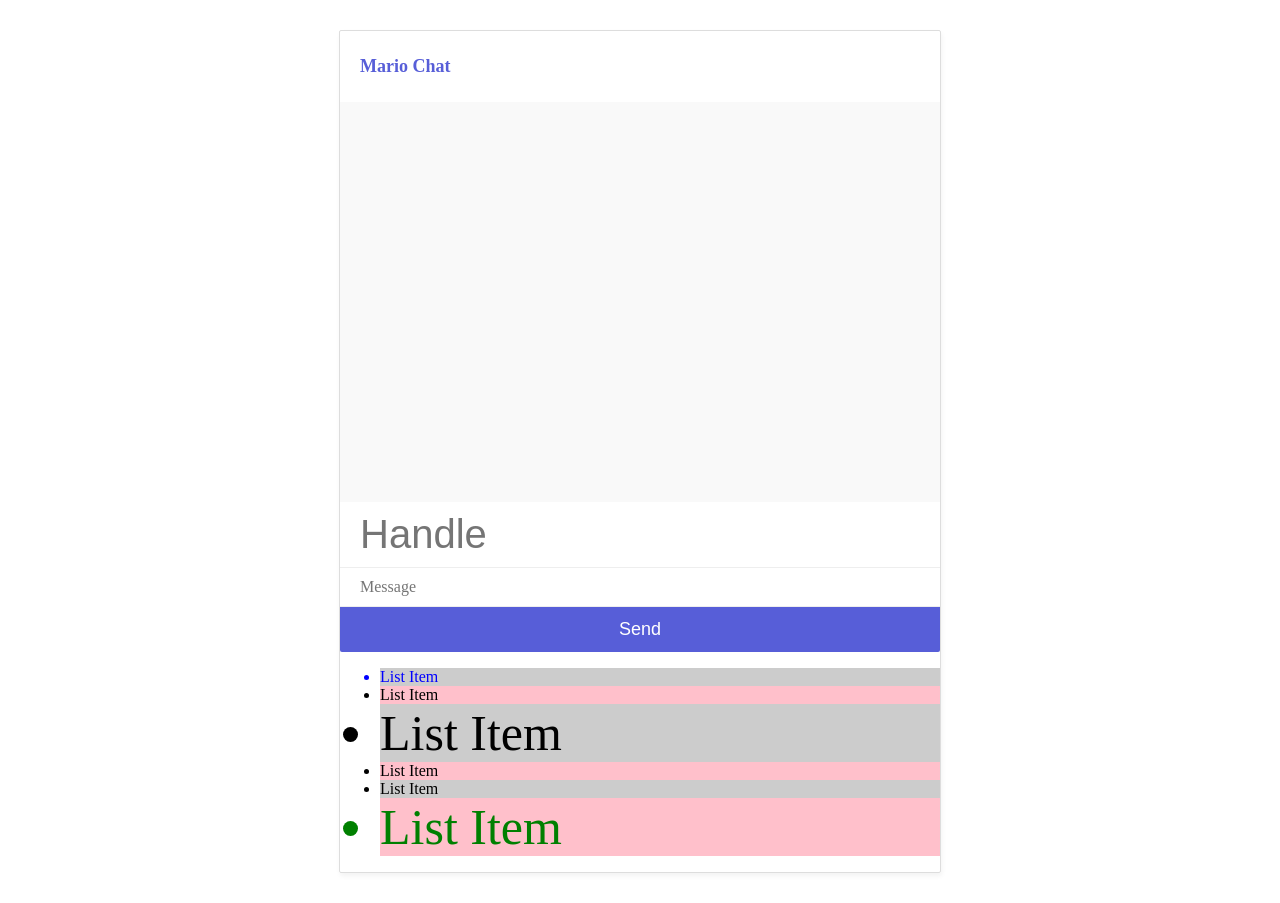
Repository: Promethees/websockets-playlist
Page: public/index.html
The author's editor kept a copy of each file at every save. The page is drawn from the files as they stood at one save, then again after the next save.
The browser window is 1280 px wide. The pictures show the whole page.
The page's requests for data from a server got no answer. Some web libraries are served in a nearby version.

Above is the page before, as saved 2020-09-03 09:22:05.

### public/index.html
<!DOCTYPE html>
<html>
    <head>
        <meta charset="utf-8">
        <title>WebScockets 101</title>
        <script src="https://cdnjs.cloudflare.com/ajax/libs/socket.io/2.3.0/socket.io.js"></script>
        <script src="https://code.jquery.com/jquery-3.5.1.min.js"></script>
        <link href="./style.css" rel="stylesheet" type = "text/css" />
    </head>
    <body>
        <div id="mario-chat">
            <h2>Mario Chat</h2>
            <div id="chat-window">
                <div id="output"></div>
                <div id="feedback"></div><!-- <display "typing .... message"> -->

            </div>
            <input id="handle" type="text" placeholder="Handle" />
            <input id="message" type="text" placeholder="Message" />
            <button id="send">Send</button>
            <ul id = "list">
                <li>List Item</li>
                <li>List Item</li>
                <li>List Item</li>
                <li>List Item</li>
                <li>List Item</li>
                <li>List Item</li>
            </ul>
        </div>
        <script>
            //$('h2').hide();
            //$('div').hide();
            //$('#message').css('color','blue');
            $('ul#list li:first').css('color','blue');
            $('ul#list li:last').css('color','green');
            $('ul#list li:odd').css('background-color','pink');
            $('ul#list li:even').css('background-color','#cccccc');
            $('ul#list li:nth-child(3n)').css('font-size','50px'); //For 3,6,9 list items
            $(':text#handle').css('font-size','40px');
            $(':text#handle').css('font-family','arial');

</script>
    </body>
    <script src="/chat.js"></script>
</html>

### public/style.css
body{
    font-family: 'Nunito';
}

h2{
    font-size: 18px;
    padding: 10px 20px;
    color: #575ed8;
}

#mario-chat{
    max-width: 600px;
    margin: 30px auto;
    border: 1px solid #ddd;
    box-shadow: 1px 3px 5px rgba(0,0,0,0.05);
    border-radius: 2px;
}

#chat-window{
    height: 400px;
    overflow: auto;
    background: #f9f9f9;
}

#output p{
    padding: 14px 0px;
    margin: 0 20px;
    border-bottom: 1px solid #e9e9e9;
    color: #555;
}

#feedback p{
    color: #aaa;
    padding: 14px 0px;
    margin: 0 20px;
}

#output strong{
    color: #575ed8;
}

label{
    box-sizing: border-box;
    display: block;
    padding: 10px 20px;
}

input{
    padding: 10px 20px;
    box-sizing: border-box;
    background: #eee;
    border: 0;
    display: block;
    width: 100%;
    background: #fff;
    border-bottom: 1px solid #eee;
    font-family: Nunito;
    font-size: 16px;
}

button{
    background: #575ed8;
    color: #fff;
    font-size: 18px;
    border: 0;
    padding: 12px 0;
    width: 100%;
    border-radius: 0 0 2px 2px;
}

### public/chat.js
// Make connection
//var socket = io.connect('http://localhost:4000');
//var socket = io.connect('https://chatboj.herokuapp.com/');
var socket = io.connect('/');

// Query DOM
var message = document.getElementById('message'),
      handle = document.getElementById('handle'),
      btn = document.getElementById('send'),
      output = document.getElementById('output');
    feedback = document.getElementById('feedback');

// Emit events (see the index.js to know how it handle)
btn.addEventListener('click', function(){
  socket.emit('chat', {
      message: message.value,
      handle: handle.value
  });
  message.value = "";
});

message.addEventListener('keypress',function() {
    socket.emit('typing',handle.value);
});

// Listen for events (retrieve event from the server)
socket.on('chat', function(data){
    feedback.innerHTML = ""; //Clear the typing queue while have submitted the message
    //Modify the message in HTMLs
    output.innerHTML += '<p><strong>' + data.handle + ': </strong>' + data.message + '</p>';
});

socket.on('typing',function(data) {
    // the data here is the handle.value (since the action is 'typing')
    feedback.innerHTML = '<p><em>'+data+'is typing message...'+'</em></p>';
});

After the next save:
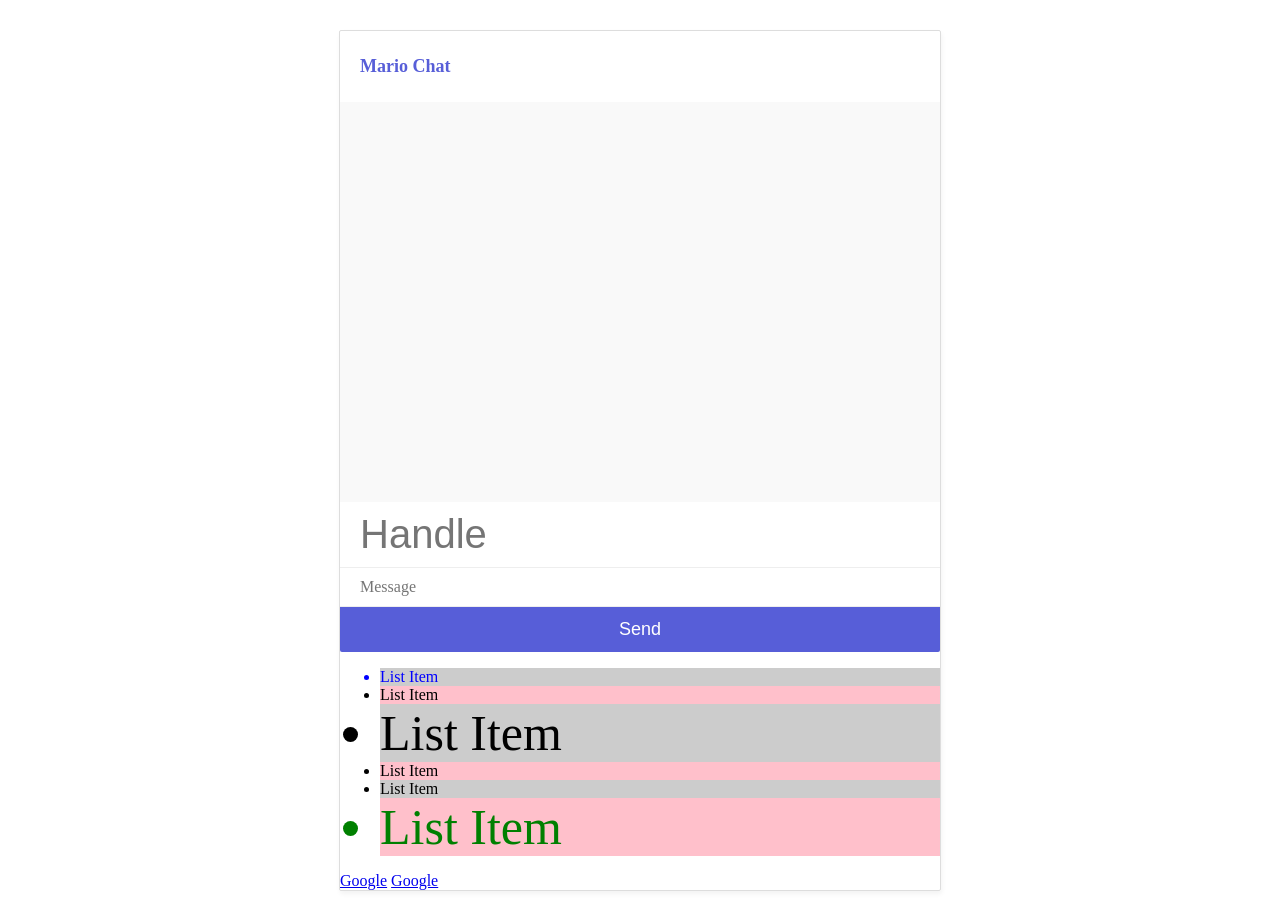
Saved 5 min 31 s later.
--- a/public/index.html
+++ b/public/index.html
@@ -26,6 +26,9 @@
                 <li>List Item</li>
                 <li>List Item</li>
             </ul>
+            <a href="https://code.jquery.com/jquery-3.5.1.min.js">Google</a>
+            <a href="https://code.jquery.com/jquery-3.5.1.min.js">Google</a>
+
         </div>
         <script>
             //$('h2').hide();
